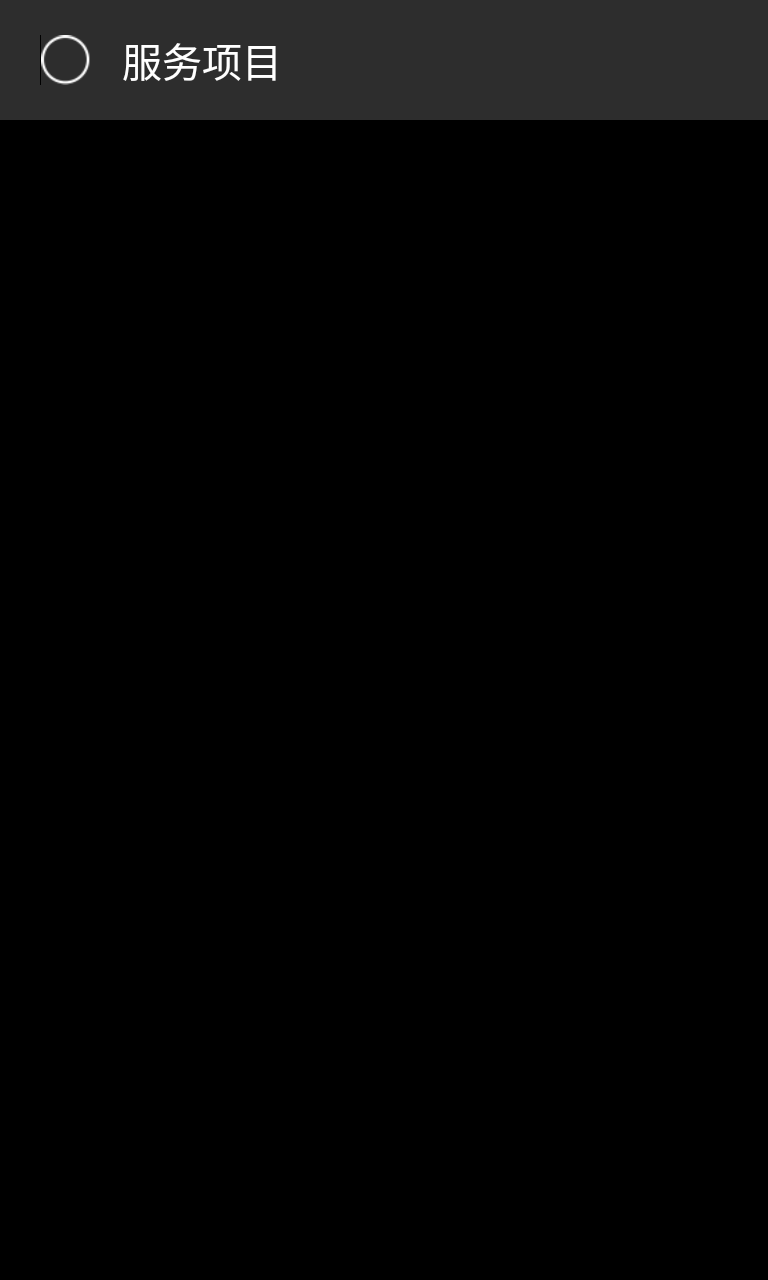
Repository: appleseedez/rongmeme-android
Layout: rmm/res/layout/star_small_item_custom.xml
These files come from the project's save history. The layout is drawn as it stood at one moment and after the next save; the edit follows.
It is drawn on a 768 x 1280 px phone screen (xhdpi) without system bars, with theme AppTheme; the app's code is not run.

Above is the layout before, as saved 2014-07-02 13:16:10.

After the next save:
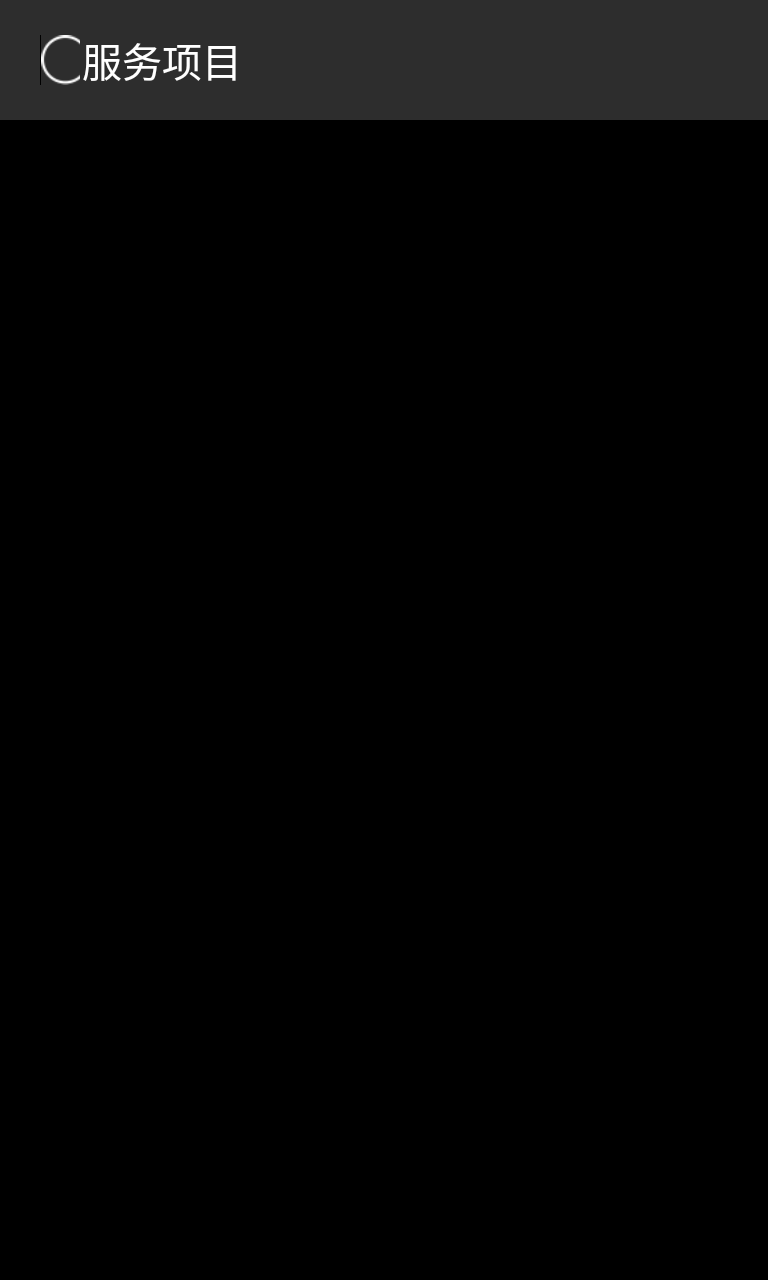
Saved 42 s later.
--- a/rmm/res/layout/star_small_item_custom.xml
+++ b/rmm/res/layout/star_small_item_custom.xml
@@ -14,7 +14,7 @@
         <CheckBox
             android:id="@+id/ssic_small_category_checkbox_imageButton"
             style="@style/CustomCheckboxTheme"
-            android:layout_width="40dp"
+            android:layout_width="20dp"
             android:layout_height="40dp"
             android:layout_alignParentLeft="true"
             android:layout_centerVertical="true"
